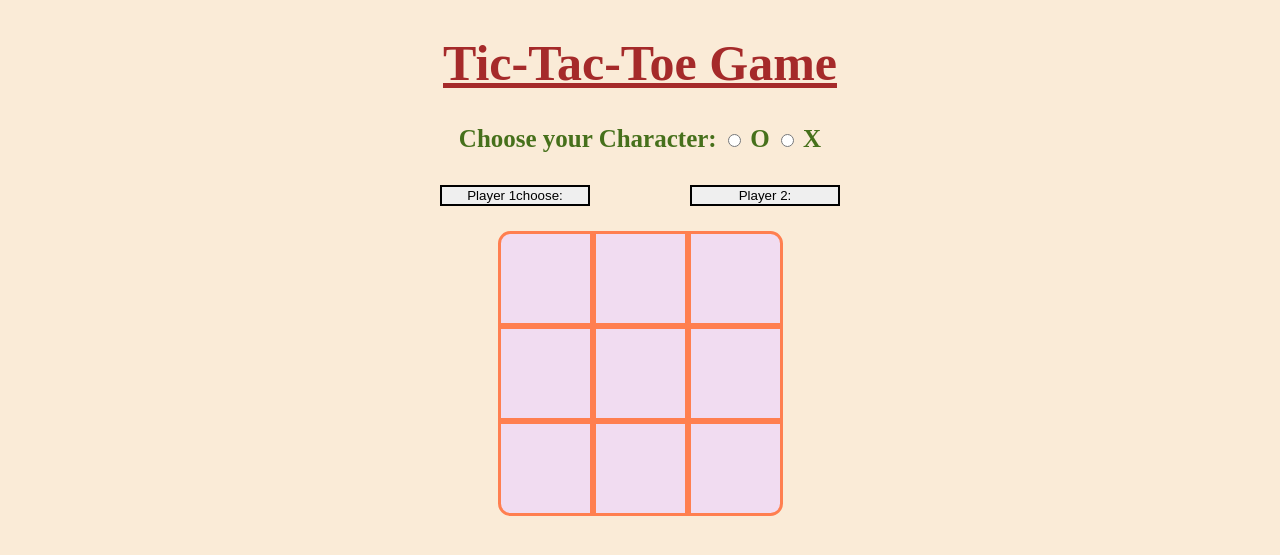
Repository: 0101chaitanya/Tic-Tac-Toe
Page: index.html
An editor plug-in stored every save of this project. The page is shown before and after the next save, followed by the edit.
The browser window is 1280 px wide. The pictures show the whole page.

Above is the page before, as saved 2021-06-12 13:59:44.

### index.html
<!DOCTYPE html>
<html>

<head>
    <meta charset="utf-8">
    <title>Tic-Tac-Toe Game</title>
    <meta name="viewport" content="width=device-width, initial-scale=1">

    <link rel="stylesheet" href="styles.css">
</head>

<body>
    <div id='block1'>
        <h1 id="heading">Tic-Tac-Toe Game</h1>
        <form id='form'>
            Choose your Character:
            <input value="O" name="radio" onclick="eventFun.setUser(this)" type="radio">
            <label for="O">O</label>
            <input value="X" name="radio" onclick="eventFun.setUser(this)" type="radio">
            <label for="X">X</label>

        </form>
        <div id="player">
            <button id='p1' type='text'>Player 1choose:
                <button id='p2' type='text'>Player 2:
        </div>

        <form id="gameSquare">
            <section id="row1">
                <div id="r1Column1"></div>
                <div id="rlColumn2"></div>
                <div id="rlColumn3"></div>
            </section>
            <section id="row2">
                <div id="r2Column1"></div>
                <div id="r2Column2"></div>
                <div id="r2Column3"></div>
            </section>
            <section id="row3">
                <div id="r3Column1"></div>
                <div id="r3Column2"></div>
                <div id="r3Column3"></div>
            </section>
        </form>
    </div>
    <div id="ResultBox">
        <span id="closebtn">&times;</span>
        <strong id="resultOut"></strong>
    </div>

</body>
<script type="text/javascript" src="script.js"></script>

</html>

### styles.css
:root {
    text-align: center;
    font-weight: bold;
}

* {
    box-sizing: border-box;
}

@media screen and (max-width: 400px) {
     :root {
        font-size: 14px;
    }
}

@media screen and (min-width: 401px) and (max-width: 700px) {
     :root {
        font-size: 18px;
    }
}

@media screen and (min-width: 701px) {
     :root {
        font-size: 25px;
    }
}

body {
    color: rgb(70, 112, 27);
    background: antiquewhite;
    font-weight: bold;
}

h1 {
    color: brown;
    text-decoration: underline;
    text-decoration-style: solid;
}

label>input {
    color: red;
    border: 1px solid;
}

#player {
    margin: 1rem auto 1rem auto;
    display: block;
}

#player>button {
    margin: auto 2rem auto 2rem;
    width: 6rem;
    height: fit-content;
    border: 0.1rem solid;
}

#gameSquare {
    width: min-content;
    height: min-content;
    display: block;
    margin: auto;
}

#gameSquare>section:nth-child(n) {
    /* border-style: solid;
     */
    width: min-content;
    height: min-content;
    display: flex;
    justify-content: center;
    align-items: center;
}

#gameSquare>section:nth-child(n)>div:nth-child(n) {
    display: flex;
    margin: auto;
    width: 3.8rem;
    height: 3.8rem;
    border-style: solid;
    border-width: 0.15rem;
    justify-content: center;
    align-items: center;
    font-size: 1.8rem;
    color: coral;
    background-color: rgb(241, 220, 241);
}

#gameSquare>section:nth-child(1)>div:nth-child(1) {
    border-top-left-radius: 0.5rem;
}

#gameSquare>section:nth-child(1)>div:nth-child(3) {
    border-top-right-radius: 0.5rem;
}

#gameSquare>section:nth-child(3)>div:nth-child(1) {
    border-bottom-left-radius: 0.5rem;
}

#gameSquare>section:nth-child(3)>div:nth-child(3) {
    border-bottom-right-radius: 0.5rem;
}

#ResultBox {
    height: fit-content;
    width: 13rem;
    display: none;
    margin-left: auto;
    margin-right: auto;
    margin-top: 3rem;
    position: relative;
    top: -12rem;
    border-color: rgb(162, 162, 192);
    background-color: rgb(15, 44, 138);
    color: white;
    opacity: 1;
    transition: opacity 0.6s;
    margin-bottom: 15px;
    border-radius: 1rem;
    padding: 1rem;
    text-align: center;
}

#resultOut {
    color: #f0e0e4;
    font-weight: bold;
}

#closebtn {
    margin-left: 15px;
    color: white;
    font-weight: bold;
    float: right;
    font-size: 22px;
    line-height: 20px;
    cursor: pointer;
    transition: 0.3s;
}

#closebtn:hover {
    color: rgb(38, 170, 82);
}

#player>div:nth-child(1)>input {
    color: aqua;
}

### script.js
"use strict";

let eventFun = (function() {
    let user1Selection, user2Selection, runningCharacter;
    document.getElementById('p1').textContent += ` `;
    document.getElementById('p2').textContent += ` `;

    let runningNumber,
        result;
    let newArray;
    let count;

    let horizontalArray;
    let verticalArray;
    let diagonalArray;
    let array;


    function setUser(given) {
        localStorage.setItem("user1", given.value);

        document.querySelector(`#form`).submit();
    }

    function init() {
        runningNumber = 0;
        user1Selection = localStorage.getItem("user1");
        user2Selection =
            user1Selection != null ? (user1Selection === "X" ? "O" : "X") : null;
        runningCharacter = user1Selection;

        document.getElementById('p1').textContent += ` ` + user1Selection || ' ';
        document.getElementById('p2').textContent += ` ` + user2Selection || ' ';
        array = Array.from(
            document.getElementById("gameSquare").querySelectorAll("div")
        );
        newArray = Array(array.length).fill();
        count = 0;

        horizontalArray = undefined;
        verticalArray = undefined;
        diagonalArray = undefined;
        eventListen();
    }

    if (localStorage.getItem("user1") !== null) {
        init();
    }


    function switchRunChar() {
        runningCharacter = runningCharacter === "O" ? "X" : "O";
        runningNumber = runningNumber === 0 ? 1 : 0;
    }

    function arrayCreator(index, incrementer) {
        return [
            newArray[index],
            newArray[index + incrementer],
            newArray[index + 2 * incrementer],
        ];
    }

    function parser(arrayInput) {
        let arr = arrayInput.map((item, index) => {
            let res = item.reduce((stack, item) => {
                stack += item;
                return stack;
            });
            return res;
        });
        return arr;
    }

    function send(input) {
        let block1 = document.getElementById('block1');
        block1.style.filter = 'blur(0.5rem)';
        document.getElementById('ResultBox').style.display = 'block';
        document.getElementById('resultOut').textContent = input;
        let close = document.getElementById('closebtn');
        close.onclick = function() {
            localStorage.clear();
            //  init();
            document.getElementById('gameSquare').submit();
            let div = this.parentElement;
            div.style.opacity = '0';
            setTimeout(function() {
                document.getElementById('ResultBox').style.display = 'none';
                block1.style.filter = 'blur(0.0rem)';

            }, 60);
        };

    }

    function check(input) {
        input.forEach((item) => {
            if (item === 3) {
                result = item;
                send("Player 2 won");
            } else if (item === 0) {
                result = item;
                send("Player 1 won");
            }
        });
    }

    function checkWin() {
        horizontalArray = [
            arrayCreator(0, 1),
            arrayCreator(3, 1),
            arrayCreator(6, 1),
        ];
        verticalArray = [
            arrayCreator(0, 3),
            arrayCreator(1, 3),
            arrayCreator(2, 3),
        ];
        diagonalArray = [arrayCreator(0, 4), arrayCreator(2, 2)];

        let horizontalParsed = parser(horizontalArray);
        let verticalParsed = parser(verticalArray);

        let diagonalParsed = parser(diagonalArray);
        check(horizontalParsed);
        check(verticalParsed);
        check(diagonalParsed);

        if (count == 8) {
            console.table(horizontalArray, verticalArray, diagonalArray);
            console.table({
                horizontalParsed: horizontalParsed,
                verticalParsed: verticalParsed,
                diagonalParsed: diagonalParsed,
            });
            console.table(newArray);
            if (result == undefined) {
                send("draw");
            }
        }
    }

    let setOutput = function(e, index) {
        e.target.textContent = runningCharacter;
        e.target.removeEventListener("click", (e) => setOutput(e));
        newArray.splice(index, 1, runningNumber);
        switchRunChar();
        checkWin();

        count++;
    };

    function eventListen() {
        array.forEach((item, index) => {
            item.textContent = "";
            item.addEventListener("click", (e) => setOutput(e, index), { once: true });
        });
    }
    return { setUser };
})();

After the next save:
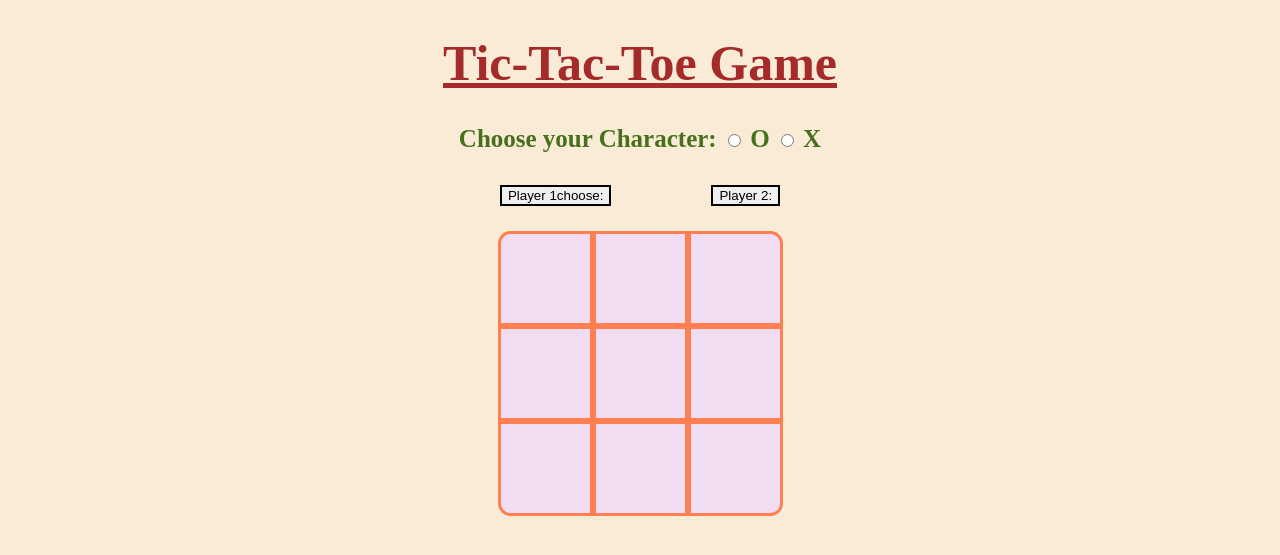
Saved 7 s later.
--- a/styles.css
+++ b/styles.css
@@ -49,7 +49,7 @@ label>input {
 
 #player>button {
     margin: auto 2rem auto 2rem;
-    width: 6rem;
+    width: fit-content;
     height: fit-content;
     border: 0.1rem solid;
 }
